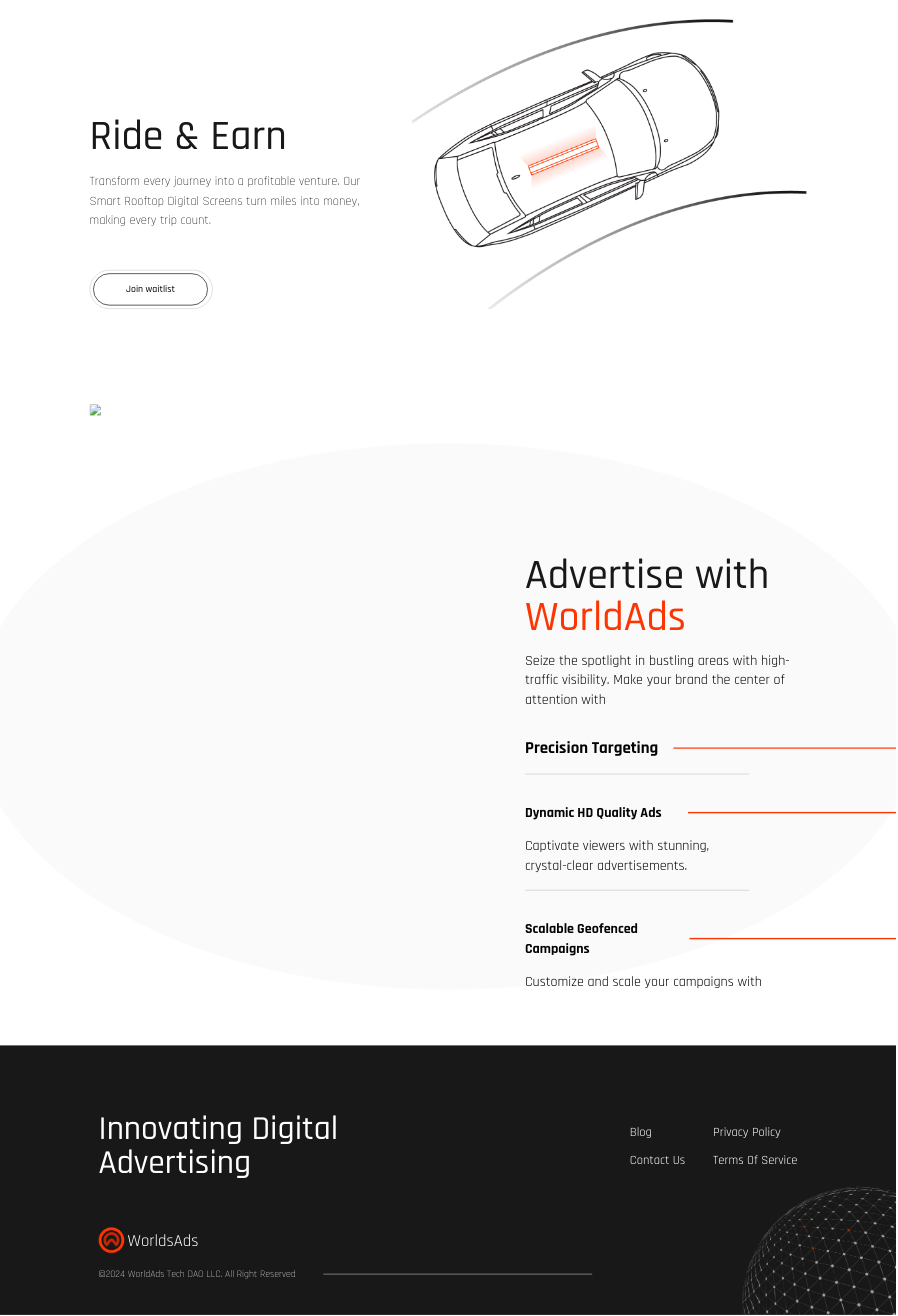
Repository: Abdul-Hannan232/worldAds
Page: /
These files come from the project's save history. The page is drawn as it stood at one moment and after the next save; the edit follows.
The browser window is 1280 px wide. The page is 1283 px wide, so the pictures cover 1283 px, including what lies to the right of the window. The pictures show the part of the page from y = 2099 to 3979 px (the page is 3979 px tall), at 70% of full size.
An inner scrolling area shows only its first screen. The project was rebuilt for these pictures with package versions that can differ from the ones it lists, and the page was loaded fresh each time. The framework's server and built-in components were replaced by stand-ins that run in the browser. Also part of the build but not shown: next.config.mjs, app/component/NavContent.jsx.

Above is the page before, as saved 2024-05-09 20:31:32.

After the next save:
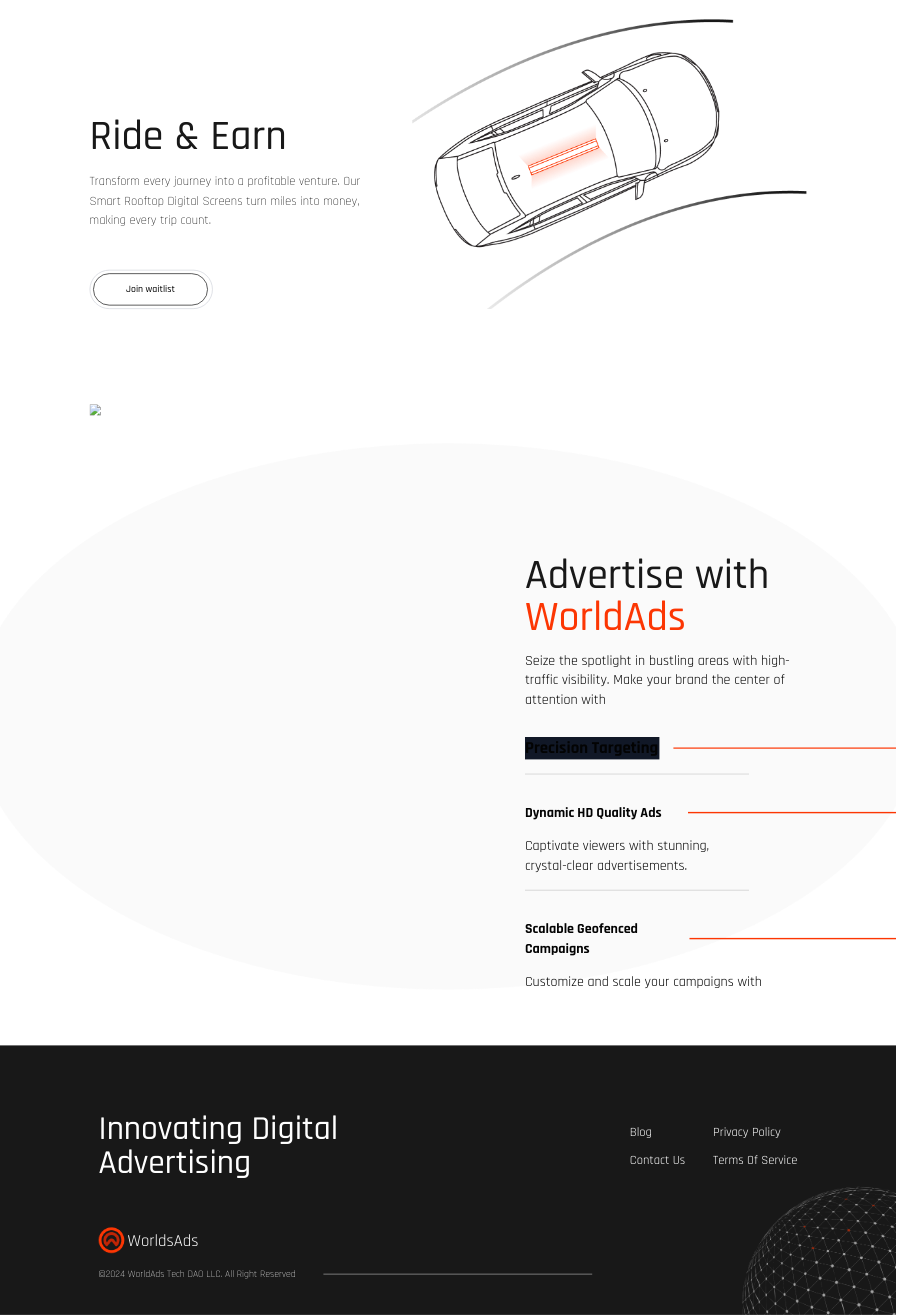
Saved 8 s later.
--- a/app/component/advertise.jsx
+++ b/app/component/advertise.jsx
@@ -19,7 +19,7 @@
           <p className="xl:text-xl lg:text-lg text-sm 2xl:text-2xl lg:w-[400px] 2xl:w-[600px] mt-4 lg:text-start text-center text-[#030303]">Seize the spotlight in bustling areas with high-traffic visibility. Make your brand the center of attention with</p>
           <div className="h-[400px] overflow-scroll ">
             <div className="flex items-center lg:justify-start justify-center w-full gap-5  mt-10">
-              <h1 onClick={precisionOpen} className={`${precision?"xl:text-3xl text-gray-600":"xl:text-2xl text-[#030303]"} cursor-pointer lg:text-2xl lg:text-start text-center  text-2xl 2xl:text-6xl xl:w-80 lg:w-[60%]  2xl:w-[90%] font-bold `}>Precision Targeting</h1>
+              <h1 onClick={precisionOpen} className={`${precision?"xl:text-3xl text-gray-600":"xl:text-2xl text-[#030303]"} cursor-pointer lg:text-2xl lg:text-start text-center  text-2xl 2xl:text-6xl xl:w-80 bg-gray-900 lg:w-[60%]  2xl:w-[90%] font-bold `}>Precision Targeting</h1>
               <hr className="border w-full lg:block hidden  border-[#FC3603]" />
             </div>
             {precision && (
